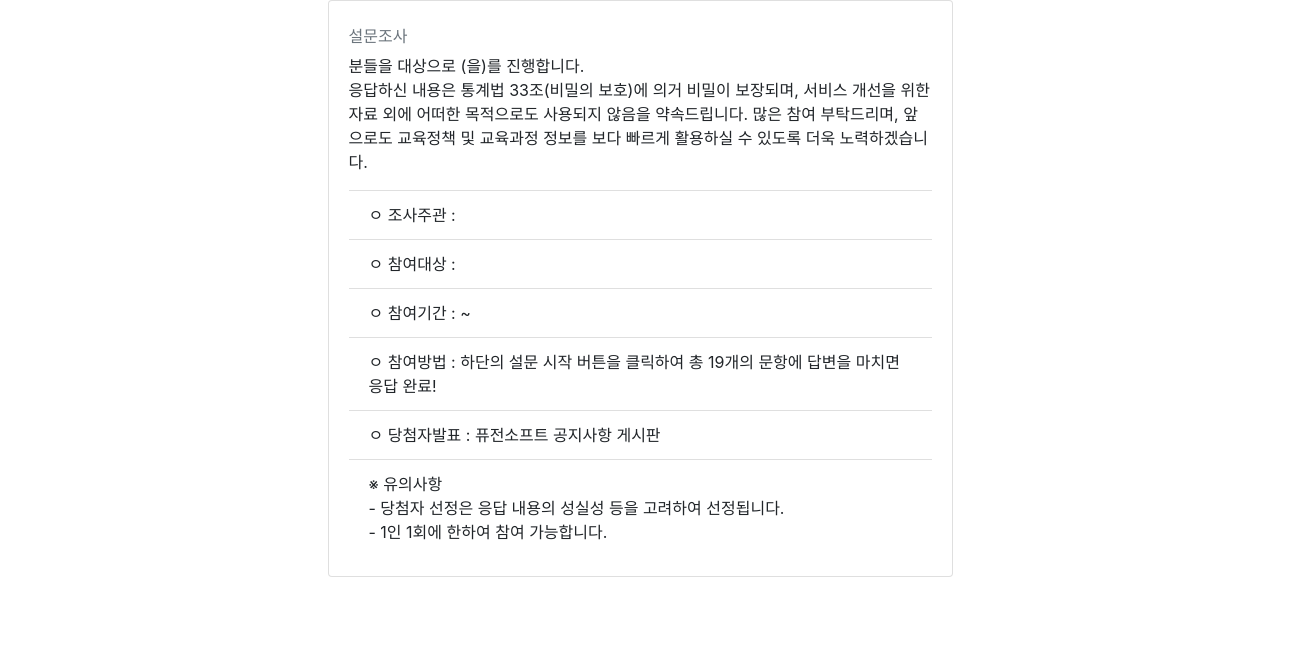
Repository: Pastelkun99/fs_1
Page: http://localhost/Fusion_1/WEB-INF/views/analysisList.jsp
An editor plug-in stored every save of this project. The page is shown before and after the next save, followed by the edit.
The browser window is 1280 px wide. The page is 1295 px wide, so the pictures cover 1295 px, including what lies to the right of the window. The pictures show the whole page.
The page is served by Tomcat 9. Nobody is signed in. Other server files are loaded and not shown. The template is opened directly, without the code that normally fills it, so the values that code supplies are empty.

Above is the page before, as saved 2019-11-21 04:51:58.
Console error: TypeError: Cannot read properties of undefined (reading 'fn')

### Fusion_1/src/main/webapp/WEB-INF/views/analysisList.jsp
<%@ page language="java" contentType="text/html; charset=UTF-8"
	pageEncoding="UTF-8"%>
<%@ taglib uri="http://java.sun.com/jsp/jstl/core" prefix="c"%>
<%@ taglib uri="http://www.springframework.org/tags/form" prefix="form"%>
<%@ page session="true"%>
<meta charset="UTF-8">
<link rel="stylesheet"
	href="https://stackpath.bootstrapcdn.com/bootstrap/4.3.1/css/bootstrap.min.css"
	integrity="sha384-ggOyR0iXCbMQv3Xipma34MD+dH/1fQ784/j6cY/iJTQUOhcWr7x9JvoRxT2MZw1T"
	crossorigin="anonymous">
<script
	src="https://stackpath.bootstrapcdn.com/bootstrap/4.3.1/js/bootstrap.min.js"
	integrity="sha384-JjSmVgyd0p3pXB1rRibZUAYoIIy6OrQ6VrjIEaFf/nJGzIxFDsf4x0xIM+B07jRM"
	crossorigin="anonymous"></script>
<html>
<head>
<link rel="shortcut icon" href="data:[embedded picture, 19 characters]" type="image/x-icon">
<title>설문조사</title>
</head>
<body>
<div class="row">
	<div class="col-3"></div>
	<div class="col-6">
		<div class="card" style="width:100%;">
	  		<div class="card-body">
	  		  <h5 class="card-title"></h5>
	   		  <h6 class="card-subtitle mb-2 text-muted">설문조사</h6>
	    	  <p class="card-text">${infoList.a_submitter }분들을 대상으로 ${infoList.a_name }(을)를 진행합니다.</br>
	    	  응답하신 내용은 통계법 33조(비밀의 보호)에 의거 비밀이 보장되며, 서비스 개선을 위한 자료 외에 어떠한 목적으로도 사용되지 않음을 약속드립니다. 많은 참여 부탁드리며,
	    	  앞으로도 교육정책 및 교육과정 정보를 보다 빠르게 활용하실 수 있도록 더욱 노력하겠습니다.</p>
	    	  <ul class="list-group list-group-flush">
	    	  	<li class="list-group-item">ㅇ 조사주관 : ${infoList.a_collector }</li>
	    	  	<li class="list-group-item">ㅇ 참여대상 : ${infoList.a_submitter }</li>
	    	  	<li class="list-group-item">ㅇ 참여기간 : ${infoList.a_fromdate } ~ ${infoList.a_todate }</li>
	    	  	<li class="list-group-item">ㅇ 참여방법 : 하단의 설문 시작 버튼을 클릭하여 총 19개의 문항에 답변을 마치면 응답 완료!</li>
	    	  	<li class="list-group-item">ㅇ 당첨자발표 : ${infoList.a_deploydate } 퓨전소프트 공지사항 게시판</li>
	    	  	<li class="list-group-item">※ 유의사항</br>
	    	  								- 당첨자 선정은 응답 내용의 성실성 등을 고려하여 선정됩니다.</br>
	    	  								- 1인 1회에 한하여 참여 가능합니다.</li>
	    	  </ul>
		  	</div>
  		</div>
	</div>
  	<div class="col-3"></div>
</div>

</body>
</html>

After the next save:
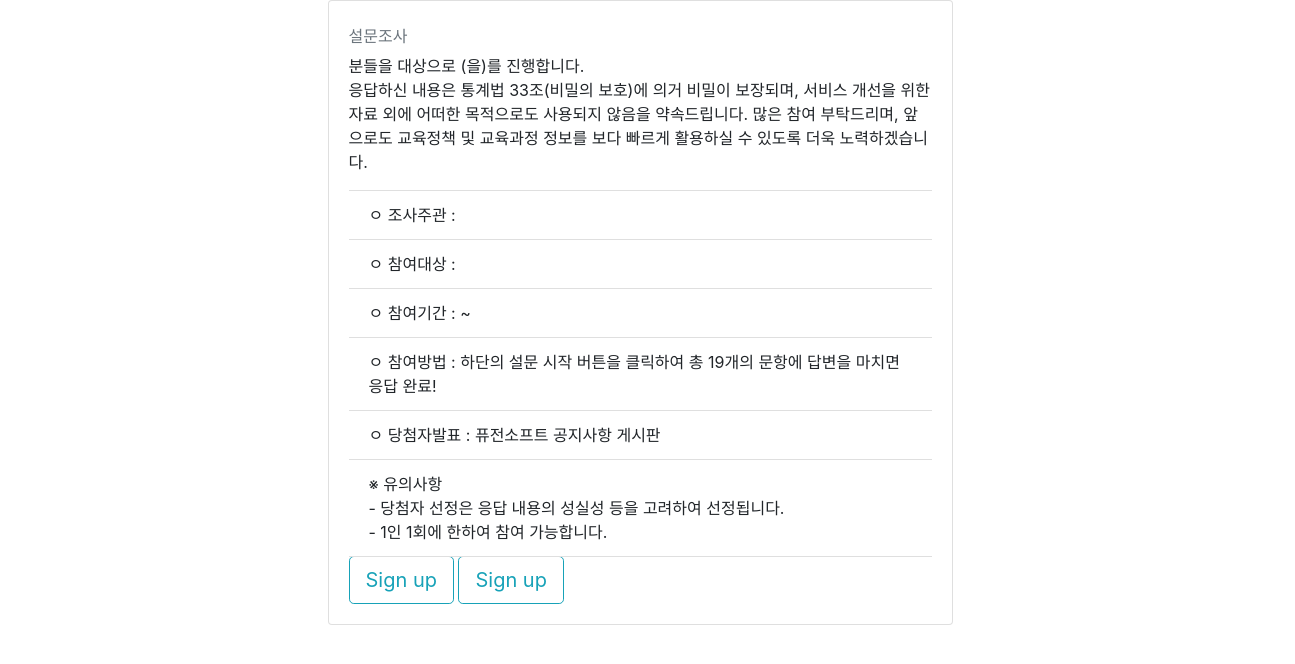
Saved 76 s later.
--- a/Fusion_1/src/main/webapp/WEB-INF/views/analysisList.jsp
+++ b/Fusion_1/src/main/webapp/WEB-INF/views/analysisList.jsp
@@ -38,6 +38,8 @@
 	    	  								- 당첨자 선정은 응답 내용의 성실성 등을 고려하여 선정됩니다.</br>
 	    	  								- 1인 1회에 한하여 참여 가능합니다.</li>
 	    	  </ul>
+	    	  <button class="btn btn-lg btn-outline-info" onClick="location.href='${pageContext.request.contextPath}/analysisList.do'">Sign up</button>
+	    	  <button class="btn btn-lg btn-outline-info" onClick="location.href='history.back();'">Sign up</button>
 		  	</div>
   		</div>
 	</div>
